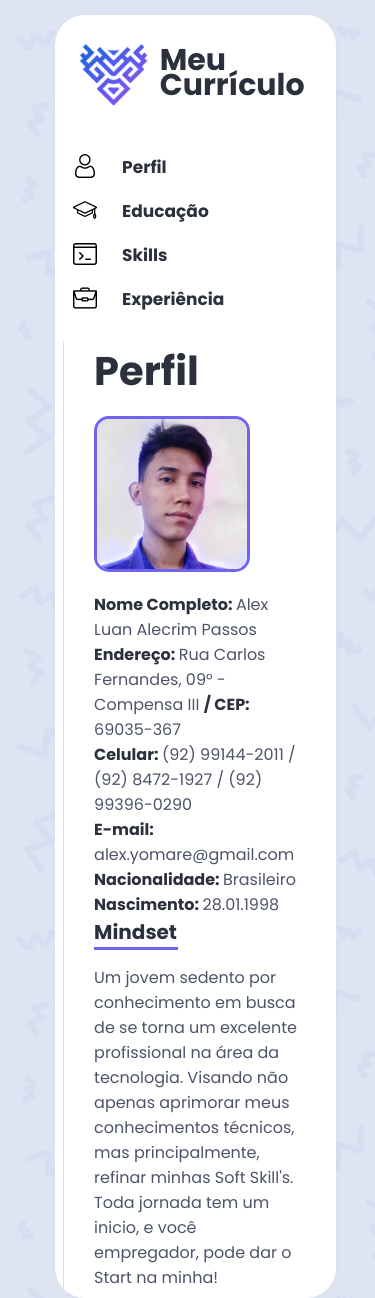
Repository: 4lex-passos/MeuPrimeiroSite
Page: index.html
An editor plug-in stored every save of this project. The page is shown before and after the next save, followed by the edit.
The browser window is 375 px wide. The pictures show the whole page.

Above is the page before, as saved 2020-10-02 16:26:27.

### index.html
<!DOCTYPE html>

<html>
  <head lang="pt-br">
    <meta charset="UTF-8">
    <meta name="viewport" content="width=device-width, initial-scale=1.0">
    <link rel="stylesheet" href="css/style.css">
    <link rel="shortcut icon" type="image/png" href="imagens/Owl.png">
    <title>Meu Currículo</title>
  </head>

  <body>
    <div class="conteiner">
      <div class="box">

        <aside class="naveg">
          <header class="logo">
            <img src="imagens/Owl.png"
                 alt="Foto de perfil">
            <h1>Meu<br>Currículo</h1>
          </header>
          <main>
            <nav>
              <ul>
                <li>
                  <img src="imagens/perfil-icon.png">
                  <a href="index.html" class="icon">Perfil</a>
                </li>
                <li>
                  <img src="imagens/education-icon.png">
                  <a href="educacao.html" class="icon">Educação</a>
                </li>
                <li>
                  <img src="imagens/skills-icon.png">
                  <a href="skills.html" class="icon">Skills</a>
                </li>
                <li>
                  <img src="imagens/experiencia-icon.png">
                  <a href="experiencia.html" class="icon">Experiência</a>
                </li>
              </ul>
            </nav>
          </main>
        </aside>

        <aside class="feed">
          <main>
            <h1>Perfil</h1>
            <div class="painel">
              <img  src="imagens/perfil.png"
                    id="myImg"
                    onclick="myFunction()"
                    onmouseout="myFunction2()">
              <div class="info-box">
                <h2>Nome Completo: <span class="info">Alex Luan Alecrim Passos</span></h2>
                <h2>Endereço: <span class="info">Rua Carlos Fernandes, 09° - Compensa III </span>/ CEP: <span class="info">69035-367</span></h2>
                <h2>Celular: <span class="info">(92) 99144-2011 / (92) 8472-1927 / (92) 99396-0290</span></h2>
                <h2>E-mail:<span class="info"> alex.yomare@gmail.com</span></h2>
                <h2>Nacionalidade: <span class="info">Brasileiro</span></h2>
                <h2>Nascimento: <span class="info">28.01.1998</span></h2>
              </div>
            </div>
            <h3>Mindset</h3>
            <p>Um jovem sedento por conhecimento em busca de
              se torna um excelente profissional na área da tecnologia.
              Visando não apenas aprimorar meus conhecimentos técnicos, mas principalmente, refinar minhas Soft Skill's.<br>
              Toda jornada tem um inicio, e você empregador, pode dar o Start na minha! </p>
          </main>
        </aside>

      </div>
    </div>
    <script>
      function myFunction() {
        document.getElementById("myImg").style.height = "100%";
        document.getElementById("myImg").style.width = "100%";
      }
      function myFunction2() {
        document.getElementById("myImg").style.height = "150px";
        document.getElementById("myImg").style.width = "150px";
      }
      </script>
  </body>
</html>

### css/style.css
@import url('https://fonts.googleapis.com/css2?family=Poppins:wght@400;700;900&display=swap');

/*============================
| GERAL*/
html{
  font-size: 62.5%;
  color: #232325;
  font-family: 'Poppins', sans-serif;
}
body{

  background: url("../imagens/pattern2.png");
  box-sizing: border-box;
  font-size: 1.6rem;
  margin: 0;
  padding:0;
  width: 100%;
  height: 100%;
}

/*============================
| ESTILO DA PAGINA TOTAL*/
.conteiner{
  width: 100vw;
  height: 100vh;

  display: grid;
  grid-template-columns: 1fr 1fr 1fr;
  grid-template-rows: 1fr 1fr 1fr;
  grid-template-areas:". . ."
                      ". b ."
                      ". . .";
}
.box{
  display:flex;
  flex-flow: row wrap;
  grid-area: b;

  width: 60vw;
  background: #ffffff;
  border-radius: 30px;
  box-shadow: 0px 0px 10px rgba(0,0,0,.030);
  padding: 3%;
  margin-top: 15px;
}

/*============================
| CONTEINER DO MENU DE NAVEGAÇÃO*/
.naveg{
  display:flex;
  flex-flow: column;
  flex-grow: 1;
  flex-basis: 10vw;
  border-radius: 15px;
  padding: 10px 30px 10px 10px;
}
.naveg header.logo{
  display:flex;
  border-radius: 15px;
  align-items: top;
  padding: 0px;
}
.naveg header.logo img{
  margin-right: 3%;
  width: 80px;
  height: 80px;
}
.naveg header.logo h1{
  line-height: 25px;
  font-size: 3.0rem;
  color: #2c303d;
  margin-top: 1.5rem;
}
main nav ul{
  display: flex;
  flex-flow: column;
  padding:0px;
}
main nav ul li{
  display: flex;
  margin-top: 10px;
  padding: 5px 0px 5px 0px;
  list-style: none;
}
main nav ul li a{
  font-size: 1.7rem;
  text-decoration: none;
  font-weight: bolder;
  width: 100%;
  color: #2c303d;
  margin-left: 2.5rem;
}

main nav ul li a:hover{
  background: -webkit-linear-gradient(top left, #2065DF, #A28AF8);
  background: -moz-linear-gradient(top left, #2065DF, #A28AF8);
  background: linear-gradient(to bottom right, #2065DF, #A28AF8);
  -webkit-background-clip: text;
  -webkit-text-fill-color: transparent;
  font-size: 1.9rem;
  transition-duration: .1s;
}
main nav ul li .icon{
  height: 24px;
}

/*============================
| CONTEINER DO CONTEÚDO*/
.feed{
  margin: 0px;
  display: flex;
  width: 40%;
  padding: 0 30px 0 30px;
  flex-grow: 7;
  border-left: 1px solid #d7ddf1;
}
main{
  width: 100%;
}
.feed main h1{
  margin: 0 0 15px 0;
  font-size: 4.0rem;
  color: #2c303d;
}
p{
  color: #4d5469;
  margin: 0;
}
h6{
  font-size: 2.0rem;
  border-left: 5px solid #7163f1;
  padding-left: 10px;
  margin-bottom: 5px;
}
/*============================
| PERFIL*/
.feed main .painel{
  display: flex;
  flex-flow: row wrap;
  border-radius: 1.5rem;
}

.feed main img{
  width: 15.0rem;
  height: 15.0rem;
  border-radius: 1.5rem;
  margin: 0 2.0rem 2.0rem 0;
}.feed main img#myImg{
  transition-duration:.5s;
  border: 3px solid #7163f1;
}
.feed main h2{
  color:#2c303d;
  font-size: 1.6rem;
  line-height: 2.5rem;
  margin: 0px;
}
.feed main h3{
  margin: 0 0 15px 0;
  width: 8.4rem;
  color:#2c303d;
  font-size: 2.0rem;
  border-bottom: 3px solid #7163f1;
}
.feed main span.info{
  color: #4d5469;
  font-weight: normal;
}

/*============================
| EDUCAÇÃO: ENSINO MÉDIO*/
.feed main .cards{
  width: 100%;
  display: flex;
  flex-flow: wrap row;
  justify-content: space-between;
}
div.en-medio .over{
  display: flex;
  justify-content: center;
  align-items: center;
  position: absolute;
  width: 100%;
  height: 100%;
  background: #ffffff;
  border-radius: 1.5rem;
  transition-duration: .3s;
}
div.en-medio .over:hover{
  opacity: 0%;
  transition-duration: .2s;
}
.feed main .en-medio{
  position: relative;
  display: flex;
  flex-flow: wrap column;
  justify-content: center;
  align-items: center;
  color:#ffffff;
  border-radius: 1.5rem;
  width: 39.0rem;
  height: 400px;
  margin-bottom: 20px;
}

div.en-medio h1{
  line-height: 5.0rem;
  color:rgba(0,0,0,.4);
  background: -webkit-linear-gradient(top left, #2065DF, #A28AF8);
  background: -moz-linear-gradient(top left, #2065DF, #A28AF8);
  background: linear-gradient(to bottom right, #2065DF, #A28AF8);
  -webkit-background-clip: text;
  -webkit-text-fill-color: transparent;
  font-size: 4.5rem;
  text-align: center;
  padding: 10px 0 10px 0;
}
div.en-medio h2{
  margin: 10px 0 10px 0;
  color: #8cbd18;
  font-size: 4.0rem;
  text-align: center;
}
div.en-medio p{
  width: 80%;
  color: #2c303d;
  font-size: 1.5rem;
  text-align: center;
  margin: 0px;
}
div.en-medio h4{
  margin: 0%;
  width: 80%;
  color: #2c303d;
  font-size: 3.5rem;
  text-align: center;
}
div.en-medio h5{
  margin: 0%;
  width: 80%;
  color: #ffffff;
  font-size: 6.5rem;
  text-align: center;
}
/*============================
| EDUCAÇÃO: ENSINO SUPERIOR*/
div.en-superior .over{
  display: flex;
  justify-content: center;
  align-items: center;
  position: absolute;
  width: 100%;
  height: 100%;
background: #ffffff;
  border-radius: 1.5rem;
  transition-duration: .3s;
}
div.en-superior .over:hover{
  opacity: 0%;
  transition-duration: .2s;
}
.feed main .en-superior{
  position: relative;
  display: flex;
  flex-flow: wrap column;
  justify-content: center;
  align-items: center;
  color:#ffffff;
  border-radius: 1.5rem;
  width: 39.0rem;
  height: 400px;
}

div.en-superior h1{
  line-height: 5.0rem;
  color:rgba(0,0,0,.4);
  background: -webkit-linear-gradient(top left, #2065DF, #A28AF8);
  background: -moz-linear-gradient(top left, #2065DF, #A28AF8);
  background: linear-gradient(to bottom right, #2065DF, #A28AF8);
  -webkit-background-clip: text;
  -webkit-text-fill-color: transparent;
  font-size: 4.5rem;
  text-align: center;
  padding: 10px 0 10px 0;
}
div.en-superior h2{
  margin: 10px 0 10px 0;
  color: #f1a71e;
  font-size: 4.0rem;
  text-align: center;
}
div.en-superior p{
  width: 80%;
  color: #2c303d;
  font-size: 1.5rem;
  text-align: center;
  margin: 0px;
}
div.en-superior h4{
  margin: 0%;
  width: 80%;
  color: #2c303d;
  font-size: 2.5rem;
  text-align: center;
}
div.en-superior h5{
  margin: 0%;
  width: 80%;
  color: #ffffff;
  font-size: 6.5rem;
  text-align: center;
}

@media (max-width: 630px) {
 .conteiner .box{
    width: 100%;
  }
}

After the next save:
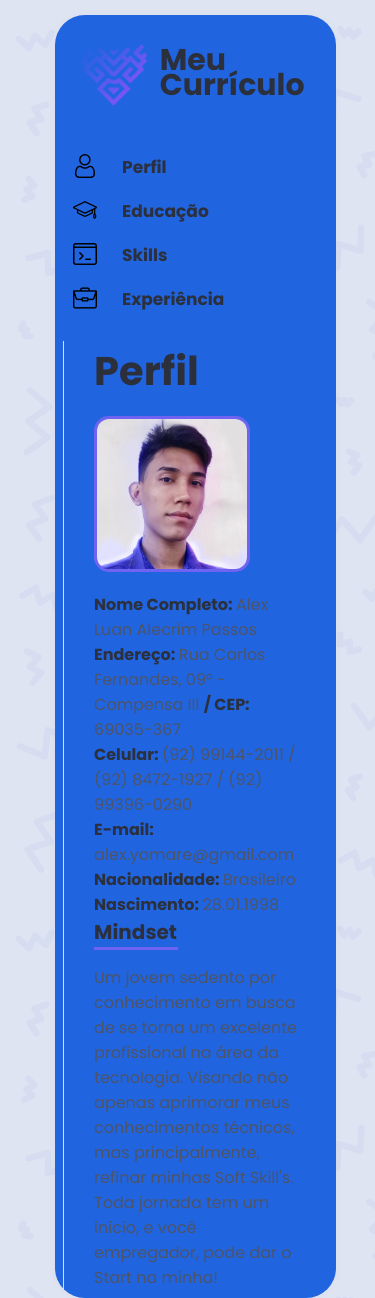
Saved 48 s later.
--- a/css/style.css
+++ b/css/style.css
@@ -314,5 +314,6 @@ div.en-superior h5{
 @media (max-width: 630px) {
  .conteiner .box{
     width: 100%;
+    background: #2065DF;
   }
 }
